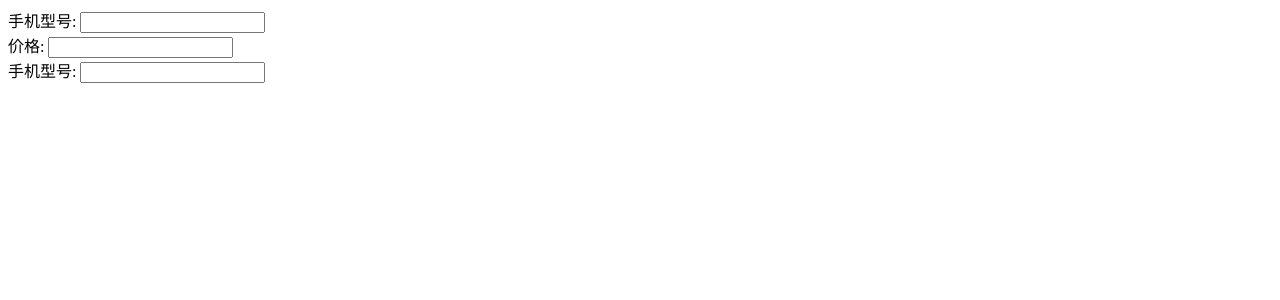
Repository: qyl1006/JavaCode
Page: http://localhost/task02/product?cmd=edit
The author's editor kept a copy of each file at every save. The page is drawn from the files as they stood at one save, then again after the next save.
The browser window is 1280 px wide. The pictures show the whole page.
The page is served by Tomcat 9.

Above is the page before, as saved 2018-03-15 03:51:14.

After the next save:
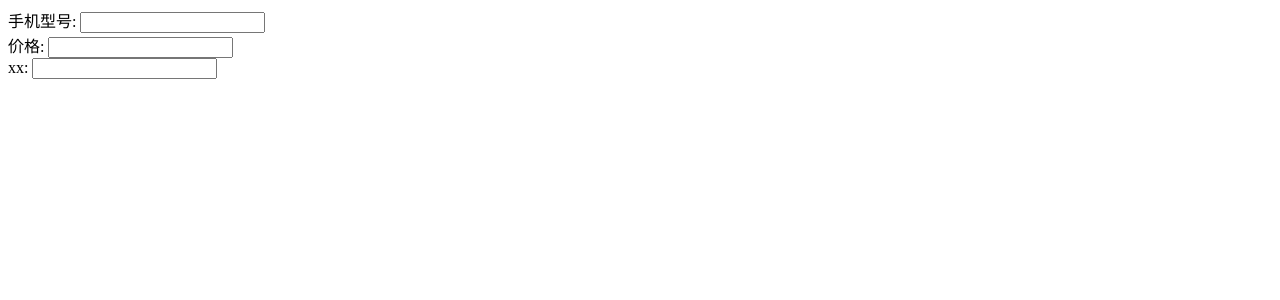
Saved 4 s later.
--- a/workspace/task02/webapp/WEB-INF/views/product/edit.jsp
+++ b/workspace/task02/webapp/WEB-INF/views/product/edit.jsp
@@ -11,7 +11,7 @@
 		<input type="hidden" value="${p.id}"/>
 	手机型号: <input type="text" name="name" value="${p.name }"/><br>
 	价格: <input type="text" name="name" value="${p.name }"/><br>
-	手机型号: <input type="text" name="name" value="${p.name }"/><br>
+	xx: <input type="text" name="name" value="${p.name }"/><br>
 </form>
 </body>
 </html>
